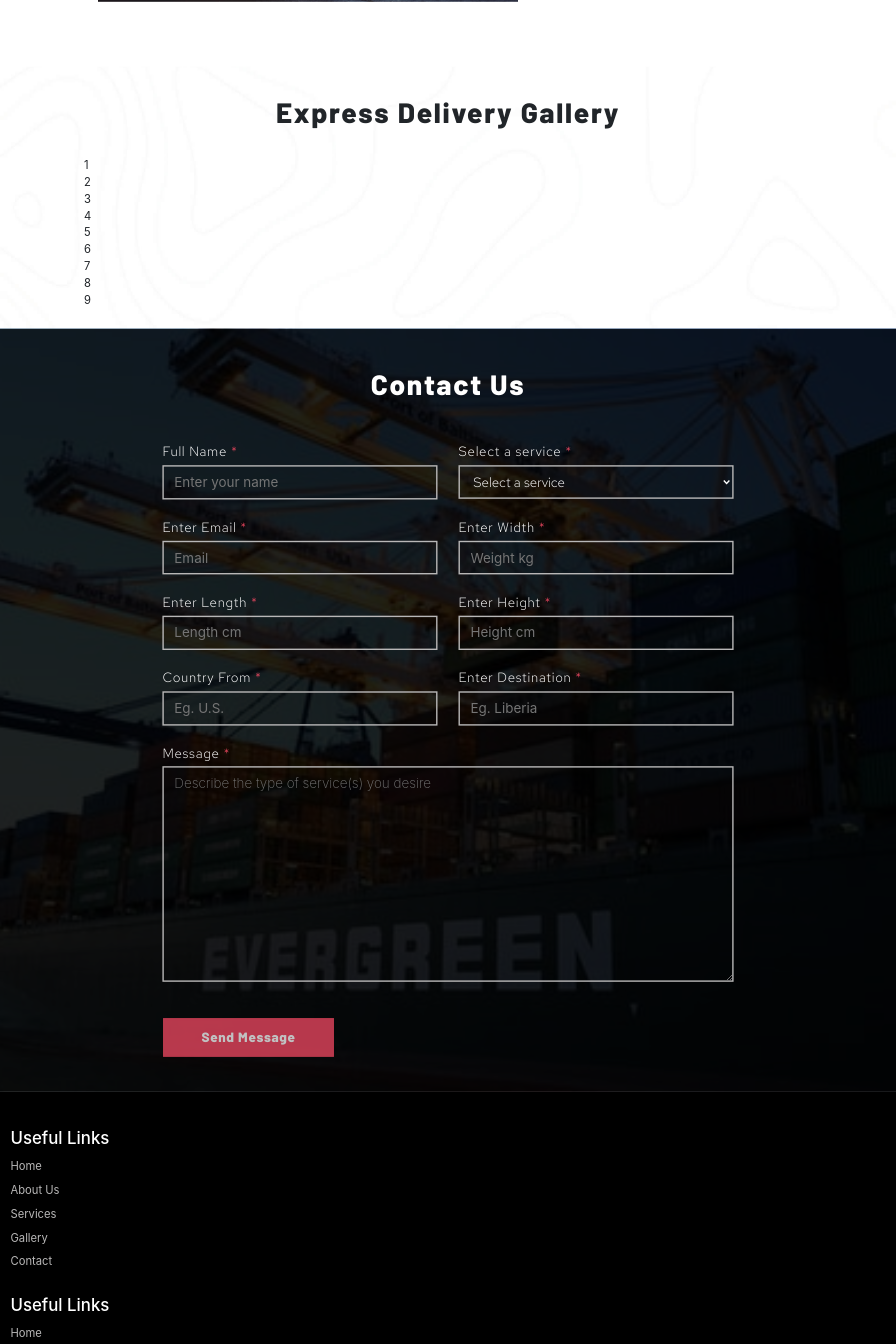
Repository: just-mann/express-delivery
Page: index.html
An editor plug-in stored every save of this project. The page is shown before and after the next save, followed by the edit.
The browser window is 1280 px wide. The pictures show the part of the page from y = 2681 to 4601 px (the page is 5057 px tall before and 5021 px after), at 70% of full size.
Some web libraries are served in a nearby version. The style sheet was rebuilt from its Sass, Less or Tailwind sources for each picture, by a compiler version that may differ from the author's.

Above is the page before, as saved 2021-07-08 01:23:48.

After the next save:
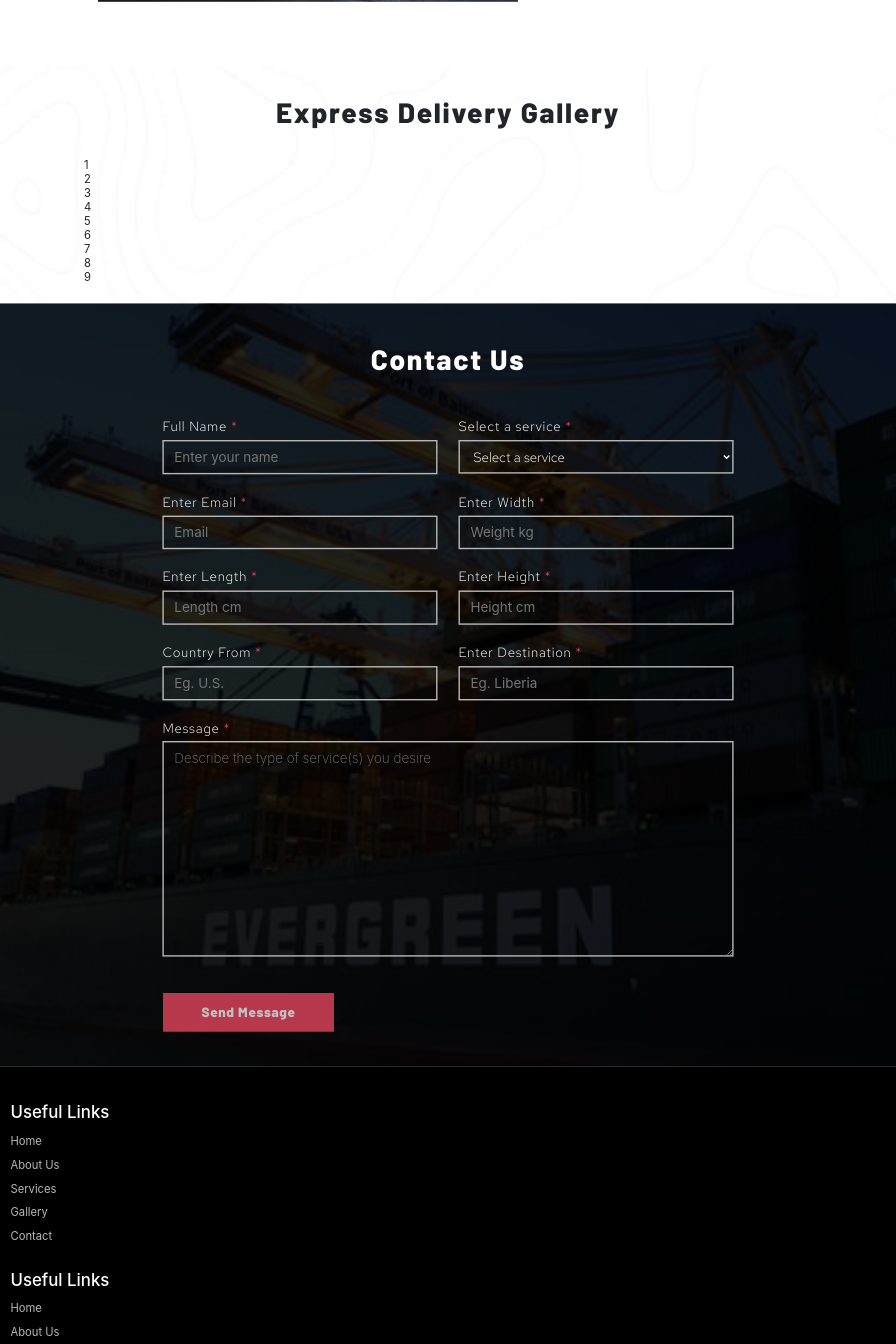
Saved 23 s later.
--- a/Sass/style.scss
+++ b/Sass/style.scss
@@ -485,6 +485,11 @@ header {
 
         display: grid;
 
+
+        div {
+            width: 20px;
+            height: 20px;
+        }
     }
 }
 
